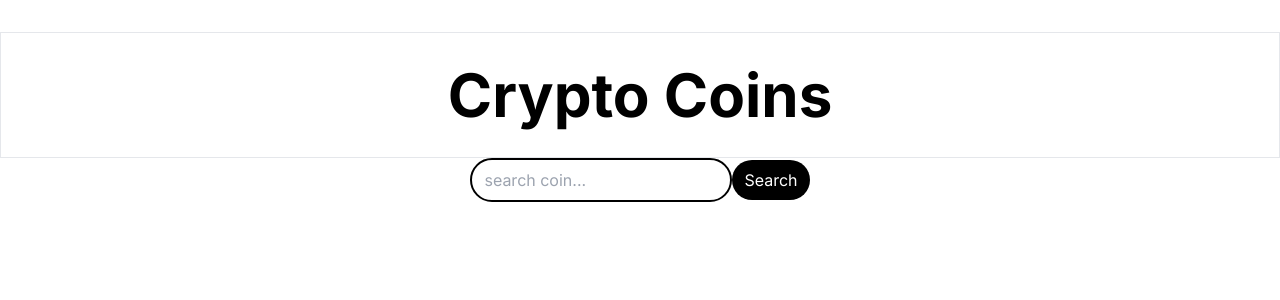
Repository: bittu-Patel/coins
Page: /
An editor plug-in stored every save of this project. The page is shown before and after a run of saves, followed by the edit.
The browser window is 1280 px wide. The pictures show the whole page.
The page's requests for data from a server got no answer. The project was rebuilt for these pictures with package versions that can differ from the ones it lists, and the page was loaded fresh each time. The framework's server and built-in components were replaced by stand-ins that run in the browser. No one was signed in, and anything a server would have sent is missing. Also part of the build but not shown: next.config.js.

Above is the page before, as saved 2023-12-18 16:36:46.

After the next 2 saves:
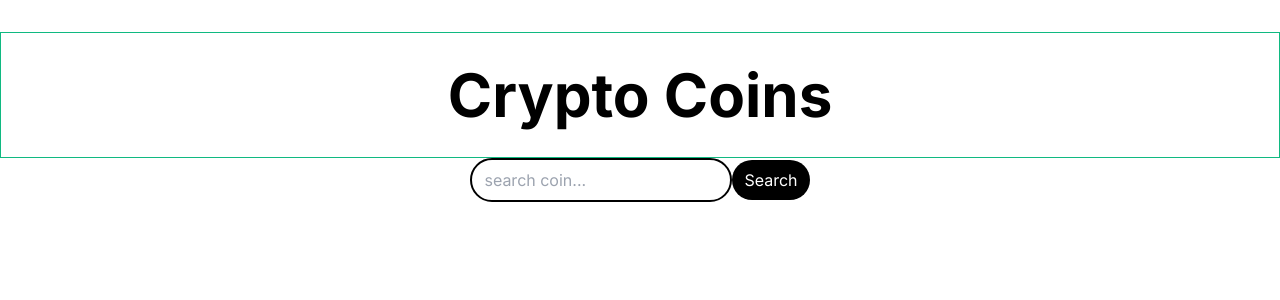
The 2 saves are shown as one change because they came seconds apart.
The last was saved 7 s later.
--- a/app/page.js
+++ b/app/page.js
@@ -21,7 +21,7 @@ useEffect(() => {
 
   return (
    <div className="text-center">
-<h1 className="font-bold text-6xl mt-8 py-8 border">Crypto Coins</h1>
+<h1 className="font-bold text-6xl mt-8 py-8 border border-emerald-500">Crypto Coins</h1>
 
 <SearchCoins getSearchResults={(results) => SetCoins(results)}  />
 <Coins coins={coins} />
